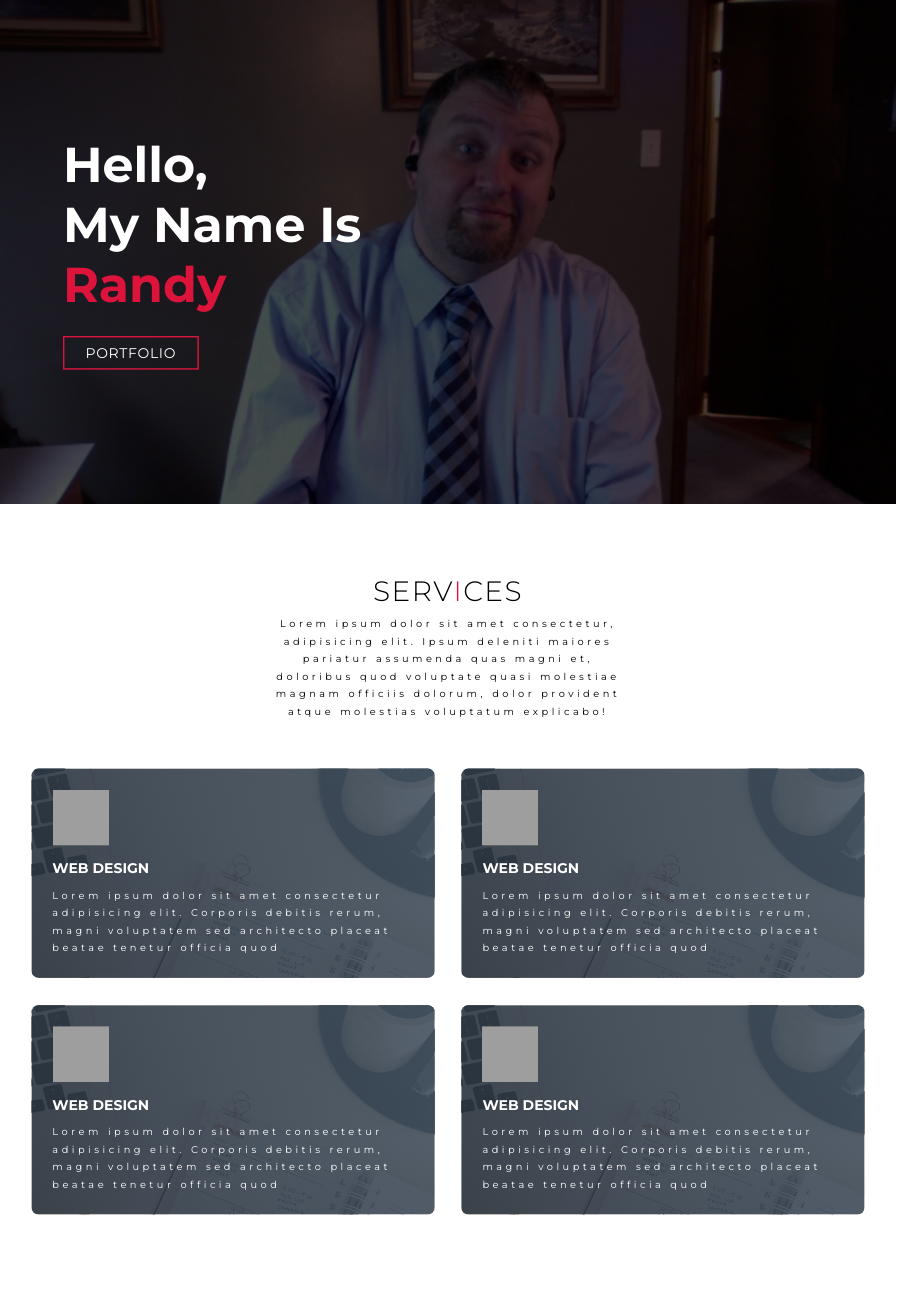
Repository: randysteele/my-portfolio-2023
Page: index.html
An editor plug-in stored every save of this project. The page is shown before and after the next save, followed by the edit.
The browser window is 1280 px wide. The page is 1311 px wide, so the pictures cover 1311 px, including what lies to the right of the window. The pictures show the part of the page from y = 0 to 1880 px (the page is 5855 px tall before and 6575 px after), at 70% of full size.
Pictures or frames that could not be fetched are drawn as grey boxes.

Above is the page before, as saved 2023-04-23 20:46:55.

After the next save:
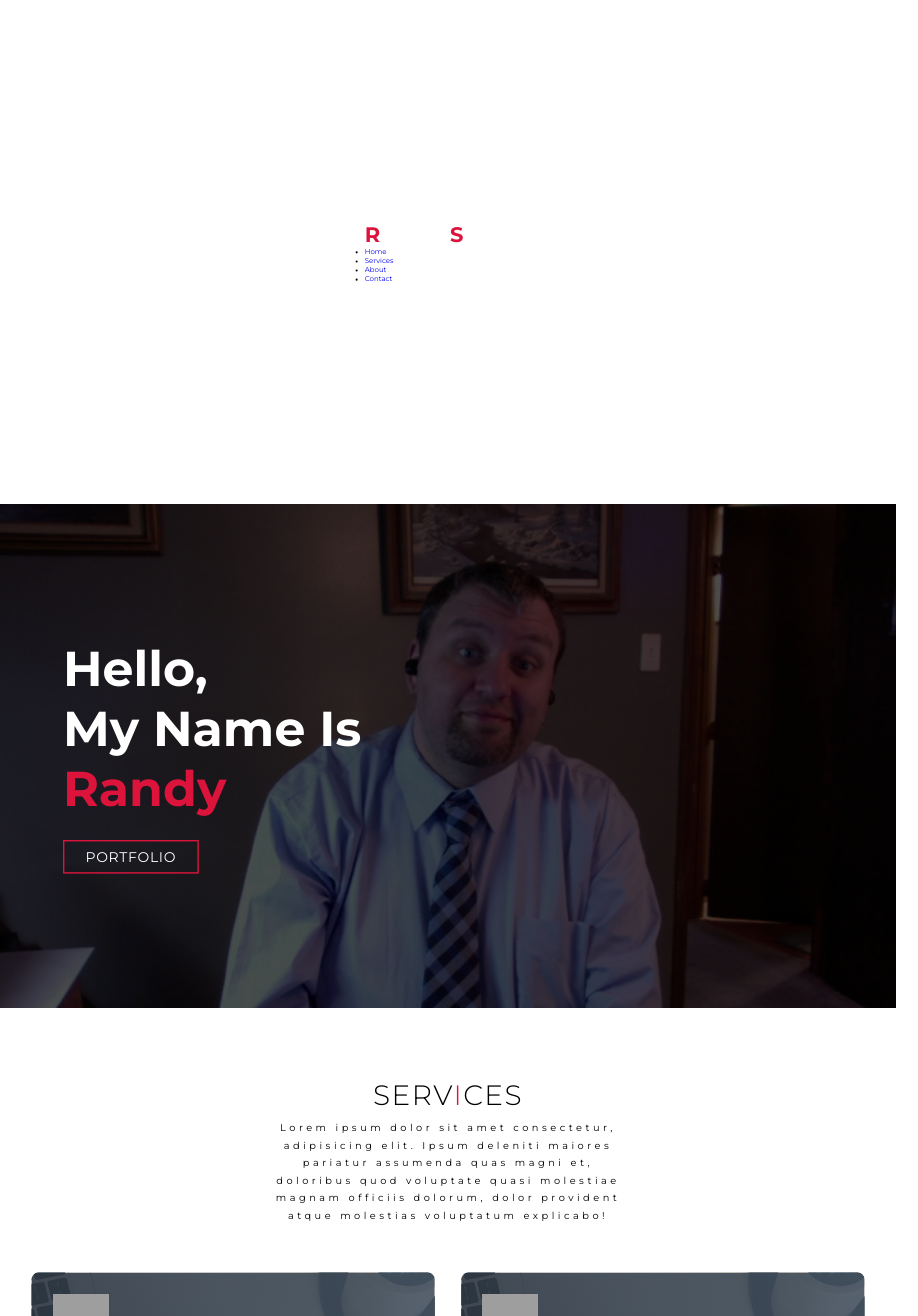
Saved 20 h 9 min later.
--- a/index.html
+++ b/index.html
@@ -8,6 +8,31 @@
     <title>Randy Steele Portfolio</title>
 </head>
 <body>
+    <!-- Header Section -->
+    <section id="header">
+        <div class="class container">
+            <div class="nav-bar">
+                <div class="brand">
+                    <a href="#hero"><h1><span>R</span>andy <span>S</span>teele</h1></a>
+                </div>
+                <div class="van-list">
+                    <div class="hamburger"><div class="bar"></div></div>
+                    <ul>
+                        <li><a href="#">Home</a></li>
+                        <li><a href="#">Services</a></li>
+                        <li><a href="#">About</a></li>
+                        <li><a href="#">Contact</a></li>
+                    </ul>
+                </div>
+            </div>
+        </div>
+    </section>
+
+
+
+
+
+    <!-- End Header Section -->
     <!-- Hero Section -->
     <section id="hero">
         <div class="hero container">

After the save that followed:
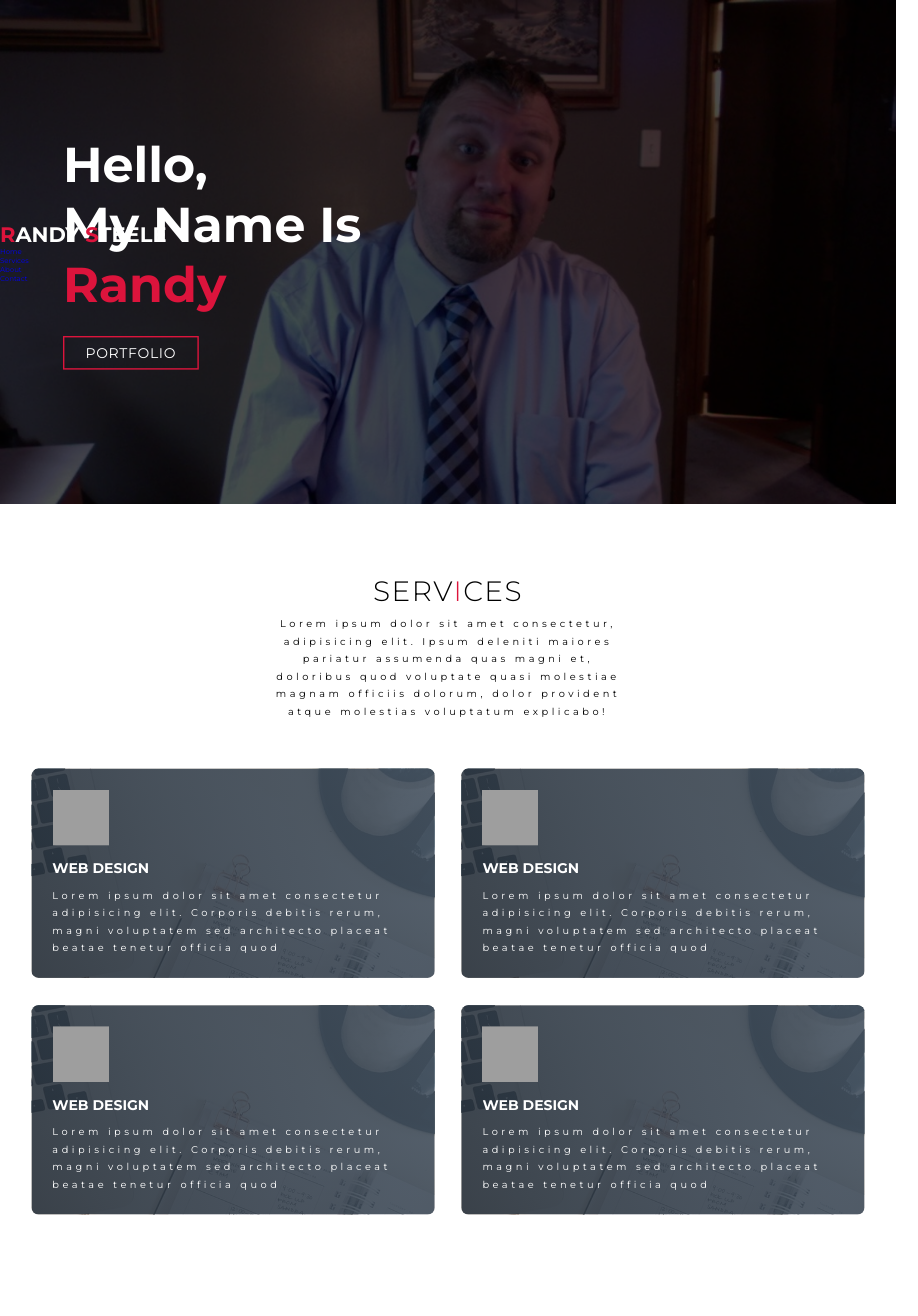
Saved 66 s later.
--- a/style.css
+++ b/style.css
@@ -57,7 +57,13 @@ p {
 .brand span{
         color: crimson;
 }
-
+/* Header Section */
+#header{
+    position: fixed;
+    z-index: 1000;
+}
+
+/* End Header Section */
 
 /* Hero Section */
 #hero {
